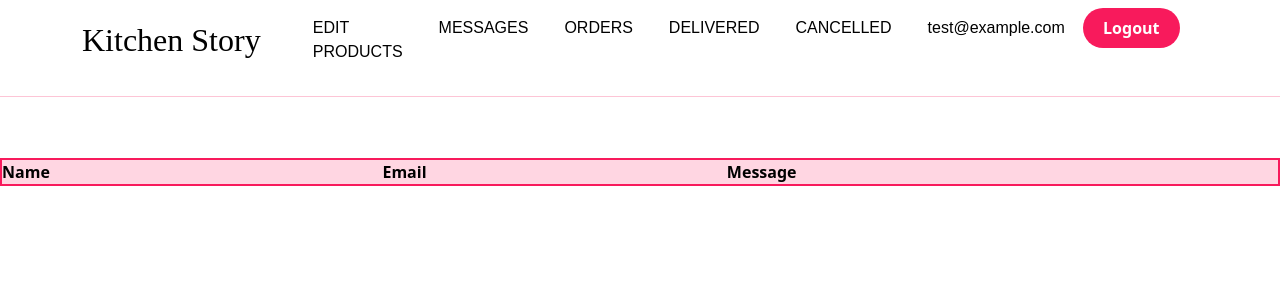
Repository: manishmachha/project-kitchenStory
Page: http://localhost/Phase_4_Kitchen_Story/admin/messages.jsp
The author's editor kept a copy of each file at every save. The page is drawn from the files as they stood at one save, then again after the next save.
The browser window is 1280 px wide. The pictures show the whole page.
Some web fonts or font styles are not loaded; a fallback is used. Some web libraries are served in a nearby version. The page is served by Tomcat 10. The session is filled in as if someone had signed in: {"email": "test@example.com"}. Queries for data that is not in the repository find no rows.

Above is the page before, as saved 2022-03-11 06:43:24.

### Phase 4 Kitchen Story/src/main/webapp/admin/messages.jsp
<%@page import="com.project.connection.ConnectionProvider"%>
<%@ page import="java.sql.*"%>
<%@include file="adminHeader.jsp"%>
<!DOCTYPE html PUBLIC "-//W3C//DTD HTML 4.01 Transitional//EN" "http://www.w3.org/TR/html4/loose.dtd">
<html>
<head>
<meta http-equiv="Content-Type" content="text/html; charset=ISO-8859-1">
<title>Home</title>
<style>
table {
	padding: 20px;
}

table.message {
	width: 100%;
	background-color: #ffd6e2;
	border-collapse: collapse;
	border-width: 2px;
	border-color: #f81a5c;
	border-style: solid;
	color: #000000;
}

table.GeneratedTable td, table.GeneratedTable th {
	border-width: 2px;
	border-color: #f81a5c;
	border-style: solid;
	padding: 3px;
}

table.GeneratedTable thead {
	background-color: #f81a5c;
}
</style>

</head>
<body>
	<div style="color: white; text-align: center; font-size: 30px;">
		Messages Received <i class='fas fa-comment-alt'></i>
	</div>
	<table class="message">
		<thead>
			<tr>
				<th scope="col">Name</th>
				<th scope="col">Email</th>
				<th scope="col">Message</th>
			</tr>
		</thead>
		<tbody>
			<%
			try {
				Connection con = ConnectionProvider.getCon();
				Statement st = con.createStatement();
				ResultSet rs = st.executeQuery("select *from message");
				while (rs.next()) {
			%>
			<tr>
				<td><%=rs.getString(1)%></td>
				<td><%=rs.getString(2)%></td>
				<td><%=rs.getString(3)%></td>
			</tr>
			<%
			}
			} catch (Exception e) {
			System.out.println(e);
			}
			%>
		</tbody>
	</table>
	<br>
	<br>
	<br>

</body>
</html>

### Phase 4 Kitchen Story/src/main/webapp/admin/adminHeader.jsp
<%@ page language="java" contentType="text/html; charset=ISO-8859-1"
	pageEncoding="ISO-8859-1"%>
<!DOCTYPE html>
<html>
<head>
<!-- Required meta tags -->
<meta charset="utf-8">
<meta name="viewport" content="width=device-width, initial-scale=1">

<!-- Font Family -->
<link rel="preconnect" href="https://fonts.googleapis.com">
<link rel="preconnect" href="https://fonts.gstatic.com" crossorigin>
<link
	href="https://fonts.googleapis.com/css2?family=Lobster&display=swap"
	rel="stylesheet">

<!-- Bootstrap CSS -->
<link
	href="https://cdn.jsdelivr.net/npm/bootstrap@5.0.2/dist/css/bootstrap.min.css"
	rel="stylesheet"
	integrity="sha384-EVSTQN3/azprG1Anm3QDgpJLIm9Nao0Yz1ztcQTwFspd3yD65VohhpuuCOmLASjC"
	crossorigin="anonymous">
<link rel="stylesheet" href="indexStyle.css">

<!-- font awesome -->
<script src="https://kit.fontawesome.com/c26cd2166c.js"></script>
<title>Kitchen Story | Home</title>
</head>
<%
String email = session.getAttribute("email").toString();
%>
<nav class="navbar navbar-expand-lg">
	<div class="container">
		<a class="navbar-brand" href="#">Kitchen Story</a>
		<button class="navbar-toggler" type="button" data-bs-toggle="collapse"
			data-bs-target="#navbarScroll" aria-controls="navbarScroll"
			aria-expanded="false" aria-label="Toggle navigation">
			<span class="navbar-toggler-icon"></span>
		</button>
		<div class="collapse navbar-collapse" id="navbarScroll">
			<ul class="navbar-nav m-auto my-2 my-lg-0">
				<li class="nav-item"><a class="nav-link active" href="">Edit
						Products</a></li>
				<li class="nav-item"><a class="nav-link" href="messages.jsp">Messages</a></li>
				<li class="nav-item"><a class="nav-link" href="">
						Orders</a></li>
				<li class="nav-item"><a class="nav-link"
					href="">Delivered</a></li>
				<li class="nav-item"><a class="nav-link" href="#">Cancelled</a></li>
				<li class="nav-item"><a class="nav-link" id="accName" href="adminHome.jsp"><%=email%></a></li>
				<button class="btn0" type="submit">
					<a href="../logoutAction.jsp" style="color: white; text-decoration: none;">Logout</a>
				</button>
			</ul>
		</div>
	</div>
</nav>
<hr style="color: rgb(248, 26, 92)">

### Phase 4 Kitchen Story/src/main/java/com/project/connection/ConnectionProvider.java
package com.project.connection;

import java.sql.Connection;
import java.sql.DriverManager;

public class ConnectionProvider {
	public static Connection getCon() {
		try {
			Class.forName("com.mysql.cj.jdbc.Driver");
			Connection con = DriverManager.getConnection("jdbc:mysql://localhost:3306/phase4kitchenstory", "root",
					"2020");
			return con;
		}

		catch (Exception e) {
			System.out.println(e);
			return null;
		}
	}
}

### Phase 4 Kitchen Story/src/main/webapp/admin/indexStyle.css
* {
	padding: 0;
	margin: 0;
	box-sizing: border-box;
}

.navbar-brand {
	font-size: 2rem;
	color: black;
	font-family: 'Lobster', cursive;
}

.navbar-brand:hover {
	color: black;
}

.nav-link {
	margin-right: 10px;
	margin-left: 10px;
	color: black;
	font-family: 'Rubik', sans-serif;
	text-transform: uppercase;
}

.nav-link:hover {
	color: black;
}

.btn0 {
	height: 40px;
	width: 40%;
	outline: none;
	border: none;
	background: rgb(248, 26, 92);
	color: white;
	border-radius: 60px;
	font-weight: 700;
}

.main {
	background: url(images/lunch.jpg) no-repeat;
	background-size: cover;
	height: 100vh;
	background-position: 50% 50%;
	width: 100%;
}

.main h1 {
	font-size: 4rem;
	font-weight: 700;
}

.btn1 {
	height: 45px;
	width: 35%;
	border: none;
	outline: none;
	background-color: rgb(248, 26, 92);
	color: white;
	font-weight: 700;
	border-radius: 60px;
}

.btn1:hover {
	background-color: rgb(255, 41, 41);
	transition: 0.5s;
}

.btn0:hover {
	background-color: rgb(255, 41, 41);
	transition: 0.5s;
}

h1 {
	font-weight: 700;
}

.card:hover {
	box-shadow: -2px 0px 26px -4px rgba(0, 0, 0, 0.75);
	-webkit-box-shadow: -2px 0px 26px -4px rgba(0, 0, 0, 0.75);
	-moz-box-shadow: -2px 0px 26px -4px rgba(0, 0, 0, 0.75);
	transition: 0.5s;
}

img {
	border-radius: 10px;
}

.col:hover {
	box-shadow: -2px 0px 26px -4px rgba(0, 0, 0, 0.75);
	-webkit-box-shadow: -2px 0px 26px -4px rgba(0, 0, 0, 0.75);
	-moz-box-shadow: -2px 0px 26px -4px rgba(0, 0, 0, 0.75);
	transition: 0.5s;
}

.quote {
	border-radius: 40px;
	background: linear-gradient(rgba(0, 0, 0, 0.2), rgba(0, 0, 0, 0.2)),
		url(images/quote-bg.jpg) no-repeat;
	background-size: cover;
	height: 80vh;
	width: 100%;
}

.quote h1 {
	font-family: 'Lobster', cursive;
	color: bisque;
}

.quote h6 {
	color: bisque;
}

.news {
	background-color: black;
	color: white;
}

.news h1 {
	font-family: 'Lobster', cursive;
}

.fab {
	font-size: 2.5rem;
	cursor: pointer;
	padding-right: 10px;
}

.footer {
	position: fixed;
	left: 0;
	bottom: 0;
	width: 100%;
	background-color: black;
	color: white;
	text-align: center;
}
#accName{
	text-transform: lowercase;
}

After the next save:
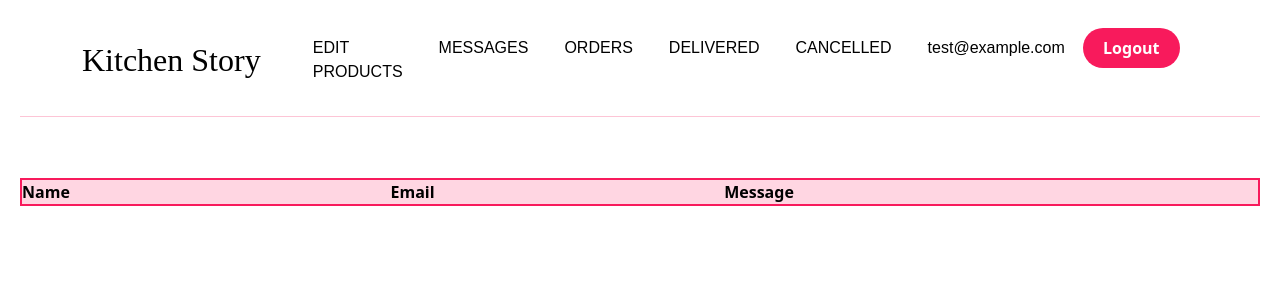
Saved 48 s later.
--- a/Phase 4 Kitchen Story/src/main/webapp/admin/messages.jsp
+++ b/Phase 4 Kitchen Story/src/main/webapp/admin/messages.jsp
@@ -7,7 +7,7 @@
 <meta http-equiv="Content-Type" content="text/html; charset=ISO-8859-1">
 <title>Home</title>
 <style>
-table {
+body {
 	padding: 20px;
 }
 

After the save that followed:
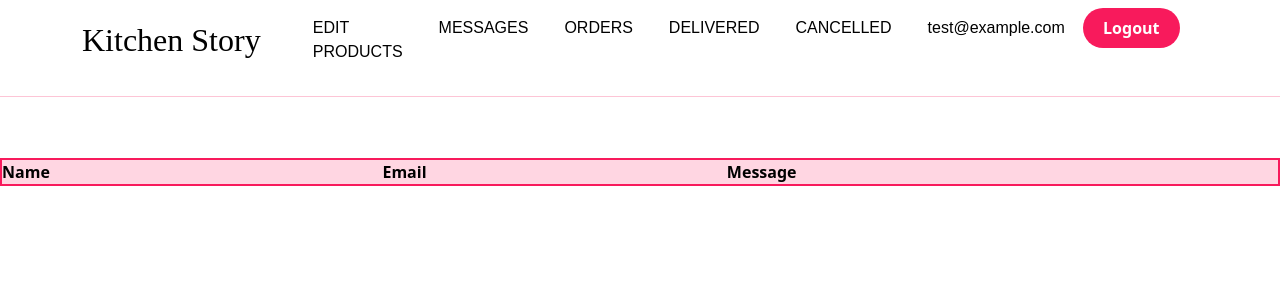
Saved 87 s later.
--- a/Phase 4 Kitchen Story/src/main/webapp/admin/messages.jsp
+++ b/Phase 4 Kitchen Story/src/main/webapp/admin/messages.jsp
@@ -7,9 +7,6 @@
 <meta http-equiv="Content-Type" content="text/html; charset=ISO-8859-1">
 <title>Home</title>
 <style>
-body {
-	padding: 20px;
-}
 
 table.message {
 	width: 100%;
